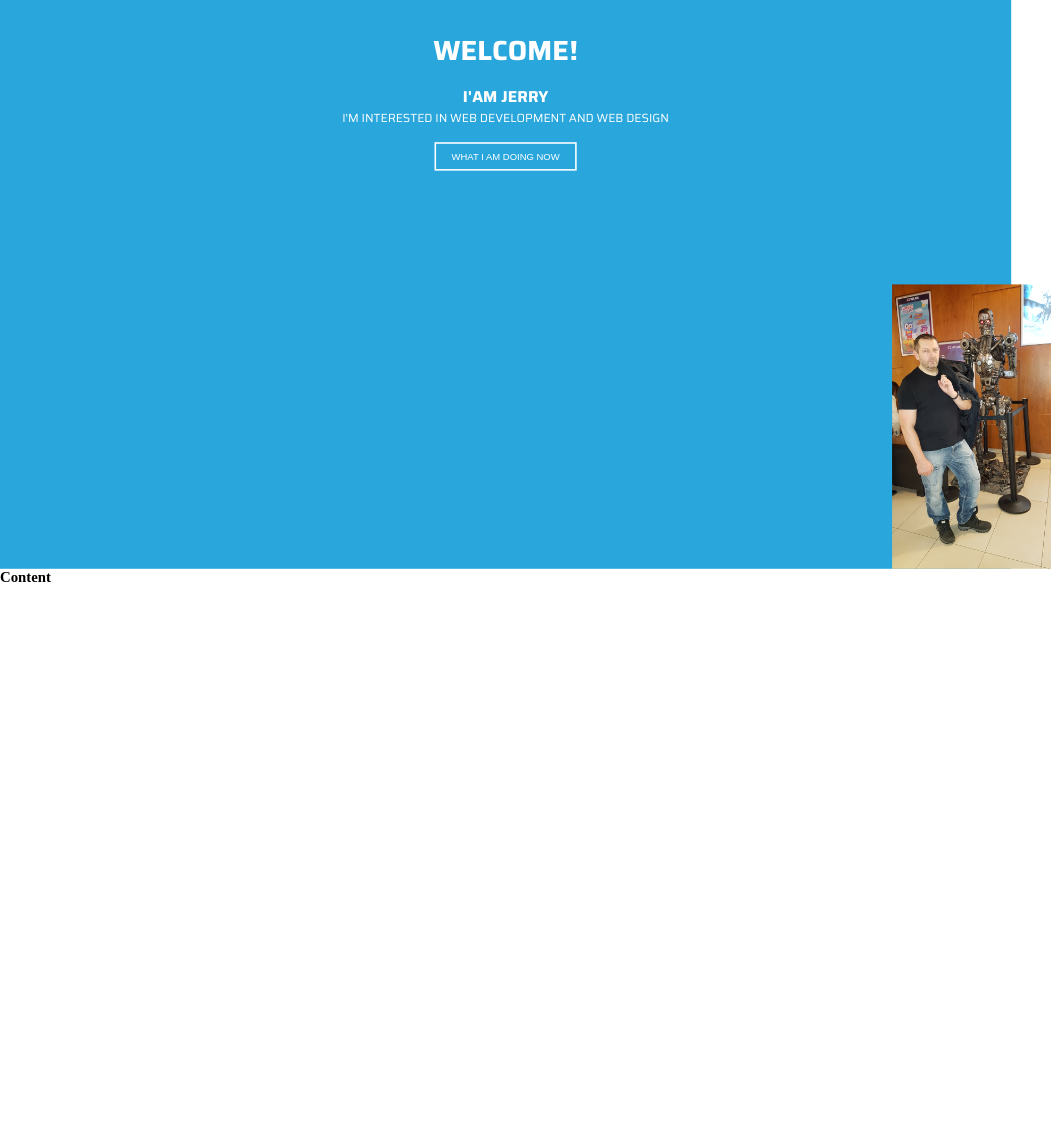
Repository: navanweb/dev
Page: jerry.html
These files come from the project's save history. The page is drawn as it stood at one moment and after the next save; the edit follows.
The browser window is 1280 px wide. The page is 1331 px wide, then 1306 px, so the pictures cover 1331 px, including what lies to the right of the window. The pictures show the whole page, at 79% of full size.

Above is the page before, as saved 2019-04-06 19:40:52.

After the next save:
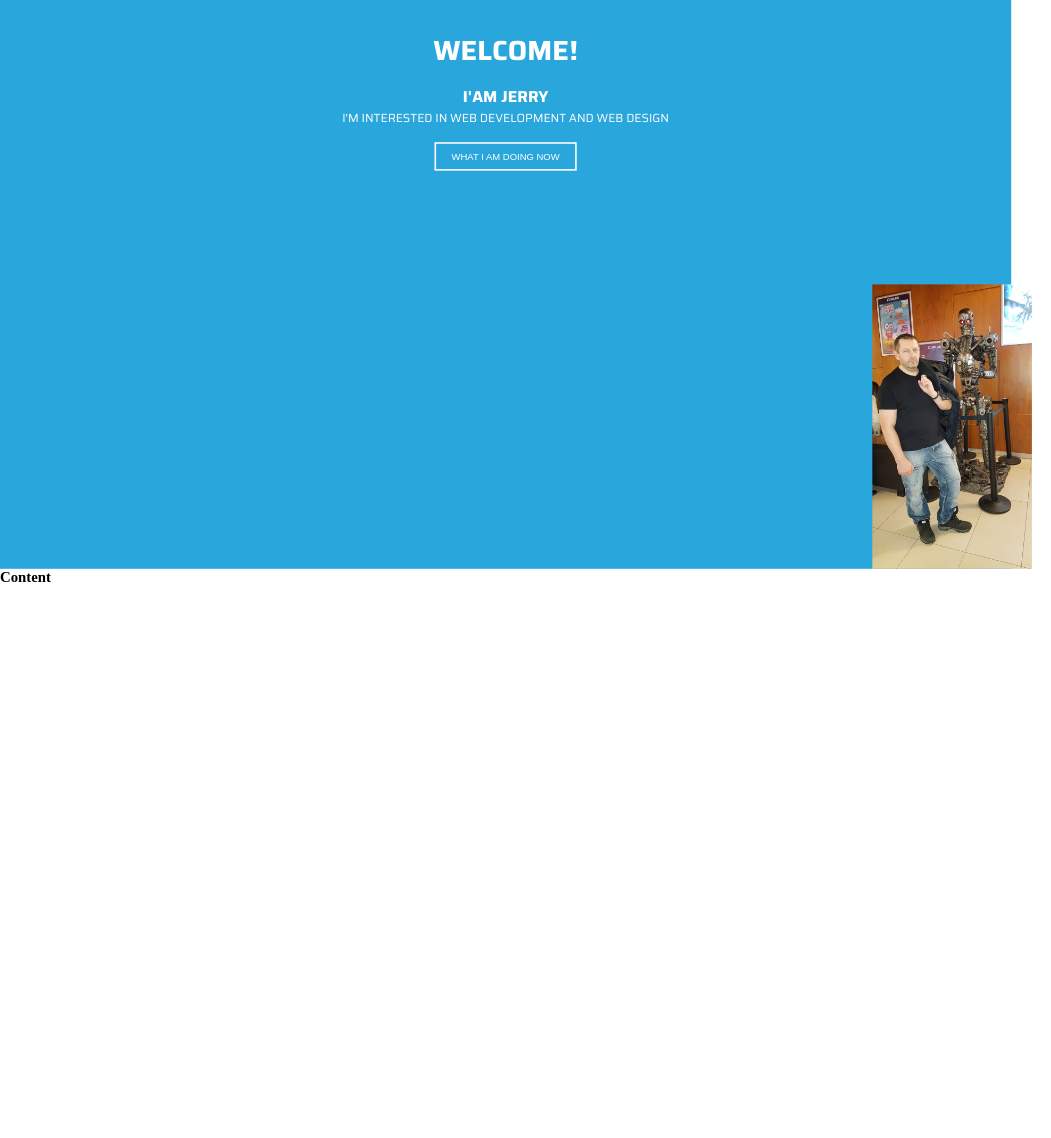
Saved 10 s later.
--- a/css/jerry.css
+++ b/css/jerry.css
@@ -64,7 +64,7 @@ header button {
     header img {
         height: 50%;
         bottom: 0;
-        right: 50px;
+        right: 75px;
     }
 
 }
